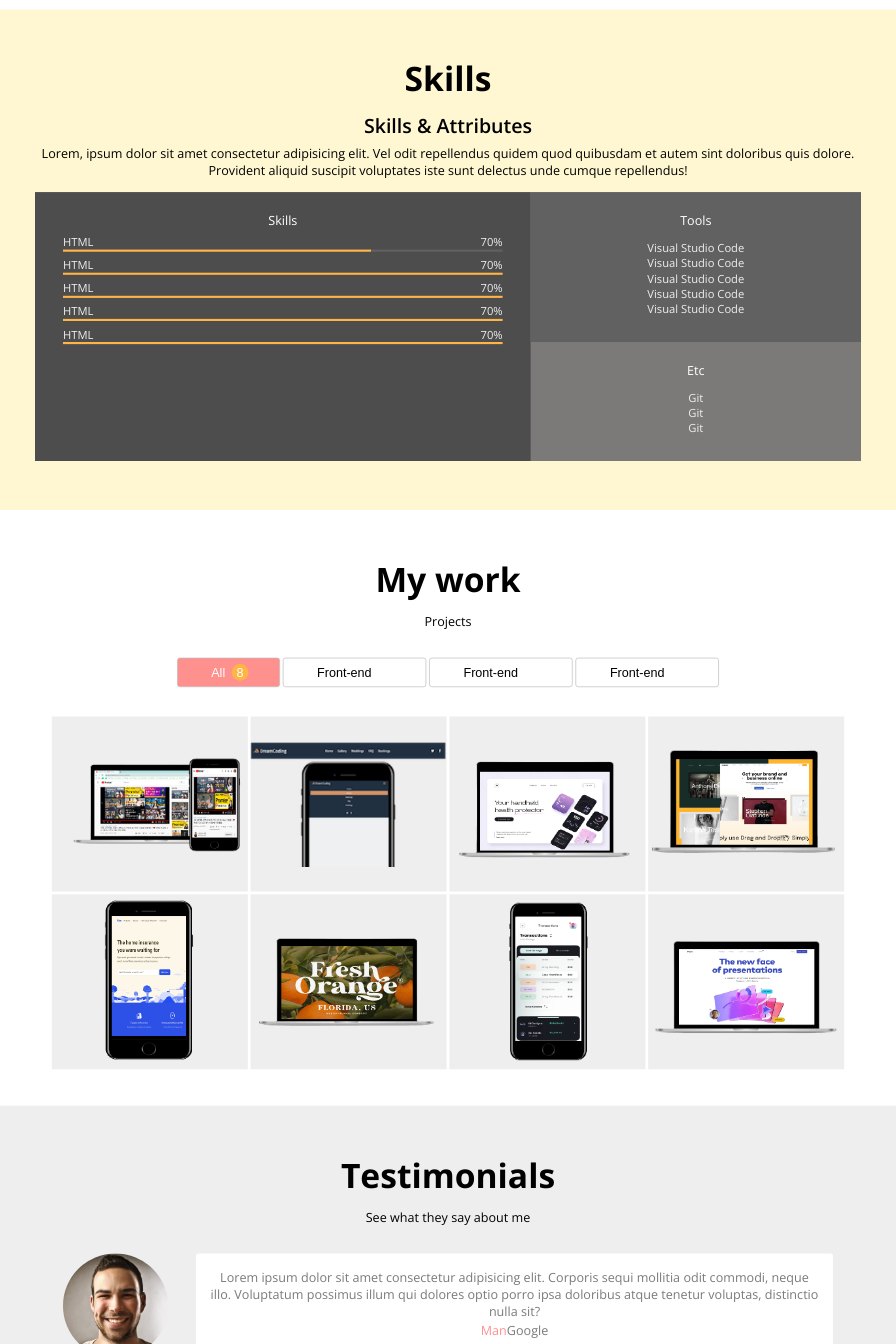
Repository: beomsu9696/Dream_Coding_Academy4
Page: index.html
An editor plug-in stored every save of this project. The page is shown before and after the next save, followed by the edit.
The browser window is 1280 px wide. The pictures show the part of the page from y = 1461 to 3381 px (the page is 4082 px tall), at 70% of full size.
Some web libraries are served in a nearby version.

Above is the page before, as saved 2021-01-26 19:48:58.

### index.html
<!DOCTYPE html>
<html lang="en">
  <head>
    <meta charset="UTF-8" />
    <meta name="viewport" content="width=device-width, initial-scale=1.0" />
    <title>Portfolio</title>
    <meta name="description" content="Portfolio" />
    <meta name="author" content="Beomsu" />
    <link rel="icon" type="image/png" href="images/favicon.png" />
    <script
      src="https://kit.fontawesome.com/c90a48a564.js"
      crossorigin="anonymous"
    ></script>
    <link rel="preconnect" href="https://fonts.gstatic.com" />
    <link
      href="https://fonts.googleapis.com/css2?family=Open+Sans:wght@400;600;700&display=swap"
      rel="stylesheet"
    />
    <link rel="stylesheet" href="style.css" />
    <script src="main.js" defer></script>
  </head>
  <body>
    <!-- Navbar -->
    <nav id="navbar">
      <div class="navbar__logo">
        <i class="fab fa-diaspora"></i>
        <a href="#">Beomsu</a>
      </div>
      <ul class="navbar__menu">
        <li class="navbar__menu__item" data-link="#home">Home</li>
        <li class="navbar__menu__item" data-link="#about">About</li>
        <li class="navbar__menu__item" data-link="#skills">Skills</li>
        <li class="navbar__menu__item" data-link="#work">My Work</li>
        <li class="navbar__menu__item" data-link="#testimonials">
          Testimonials
        </li>
        <li class="navbar__menu__item" data-link="#contact">Contact</li>
      </ul>
      <!-- Togglle button -->
      <button class="navbar__toggle-btn">
        <i class="fas fa-bars"></i>
      </button>
    </nav>
    <!-- Home -->
    <section id="home">
      <div class="home__container">
        <img
          src="images/profile.JPG"
          alt="Beomsu's profile photo"
          class="home__avatar"
        />
        <h1 class="home__title">Hello, <br />I'm Dream Coder</h1>
        <h2 class="home__description">Working from home</h2>
        <button class="home__contact">Contact Me</button>
      </div>
    </section>
    <!-- About -->
    <section id="about" class="section section__container">
      <h1>About me</h1>
      <p>
        Lorem ipsum dolor sit, amet consectetur adipisicing elit. Nesciunt,
        minus officiis? Accusamus eligendi animi fuga quam ex sed eos similique
        quidem sit eum veniam facere aliquid natus, inventore nesciunt quod.
      </p>
      <div class="about__majors">
        <div class="major">
          <div class="major__icon">
            <i class="fab fa-html5"></i>
          </div>
          <h2 class="major__title">Front-end</h2>
          <div class="major__description">
            HTML, CSS, JavaScript, React, TypeScript
          </div>
        </div>
        <div class="major">
          <div class="major__icon">
            <i class="fab fa-html5"></i>
          </div>
          <h2 class="major__title">Front-end</h2>
          <div class="major__description">
            HTML, CSS, JavaScript, React, TypeScript
          </div>
        </div>
        <div class="major">
          <div class="major__icon">
            <i class="fab fa-html5"></i>
          </div>
          <h2 class="major__title">Front-end</h2>
          <div class="major__description">
            HTML, CSS, JavaScript, React, TypeScript
          </div>
        </div>
      </div>
      <div class="about__jobs">
        <div class="job">
          <img
            src="images/jobs/logo-nongshim.png"
            alt="nongshim"
            class="job__logo"
          />
          <div class="job__description">
            <p class="job__name">Nongshim</p>
            <p class="job__period">2013 10 - 2018 3</p>
          </div>
        </div>
        <div class="job">
          <img src="" alt="" class="job__logo" />
          <div class="job__description">
            <p class="job__name"></p>
            <p class="job__period"></p>
          </div>
        </div>
      </div>
    </section>
    <!-- Skills -->
    <section id="skills" class="section">
      <div class="section__container">
        <h1>Skills</h1>
        <h2>Skills & Attributes</h2>
        <p>
          Lorem, ipsum dolor sit amet consectetur adipisicing elit. Vel odit
          repellendus quidem quod quibusdam et autem sint doloribus quis dolore.
          Provident aliquid suscipit voluptates iste sunt delectus unde cumque
          repellendus!
        </p>
        <div class="skillset">
          <div class="skillset__left">
            <h3 class="skillset__title">Skills</h3>
            <div class="skill">
              <div class="skill__description">
                <span>HTML</span>
                <span>70%</span>
              </div>
              <!-- <progress value="70" max="100"></progress> -->
              <div class="skill__bar">
                <div class="skill__value" style="width: 70%"></div>
              </div>
            </div>
            <div class="skill">
              <div class="skill__description">
                <span>HTML</span>
                <span>70%</span>
              </div>
              <div class="skill__bar">
                <div class="skill__value"></div>
              </div>
            </div>
            <div class="skill">
              <div class="skill__description">
                <span>HTML</span>
                <span>70%</span>
              </div>
              <div class="skill__bar">
                <div class="skill__value"></div>
              </div>
            </div>
            <div class="skill">
              <div class="skill__description">
                <span>HTML</span>
                <span>70%</span>
              </div>
              <div class="skill__bar">
                <div class="skill__value"></div>
              </div>
            </div>
            <div class="skill">
              <div class="skill__description">
                <span>HTML</span>
                <span>70%</span>
              </div>
              <div class="skill__bar">
                <div class="skill__value"></div>
              </div>
            </div>
          </div>
          <div class="skillset__right">
            <div class="tools">
              <h3 class="skillset__title">Tools</h3>
              <ul class="tools__list">
                <li><span>Visual Studio Code</span></li>
                <li><span>Visual Studio Code</span></li>
                <li><span>Visual Studio Code</span></li>
                <li><span>Visual Studio Code</span></li>
                <li><span>Visual Studio Code</span></li>
              </ul>
            </div>
            <div class="etc">
              <h3 class="skillset__title">Etc</h3>
              <ul class="etc__list">
                <li><span>Git</span></li>
                <li><span>Git</span></li>
                <li><span>Git</span></li>
              </ul>
            </div>
          </div>
        </div>
      </div>
    </section>
    <!-- Work -->
    <section id="work" class="section">
      <div class="section__container">
        <h1>My work</h1>
        <h3>Projects</h3>
        <div class="work__categories">
          <button class="category__btn active" data-filter="*">
            All <span class="category__count">8</span>
          </button>
          <button class="category__btn" data-filter="front-end1">
            Front-end <span class="category__count">1</span>
          </button>
          <button class="category__btn" data-filter="front-end2">
            Front-end <span class="category__count">1</span>
          </button>
          <button class="category__btn" data-filter="front-end3">
            Front-end <span class="category__count">1</span>
          </button>
        </div>
        <div class="work__projects">
          <a href="#" class="project" target="_blank" data-type="front-end1">
            <img
              class="project__img"
              src="images/projects/project1.png"
              alt="Project1"
            />
            <div class="project__description">
              <h3>Project</h3>
              <span>Clone coding with HTML and CSS</span>
            </div>
          </a>
          <a href="#" class="project" target="_blank" data-type="front-end2">
            <img
              class="project__img"
              src="images/projects/project2.png"
              alt="Project2"
            />
            <div class="project__description">
              <h3>Project</h3>
              <span>Clone coding with HTML and CSS</span>
            </div>
          </a>
          <a href="#" class="project" target="_blank" data-type="front-end3">
            <img
              class="project__img"
              src="images/projects/project3.png"
              alt="Project3"
            />
            <div class="project__description">
              <h3>Project</h3>
              <span>Clone coding with HTML and CSS</span>
            </div>
          </a>
          <a href="#" class="project" target="_blank">
            <img
              class="project__img"
              src="images/projects/project4.png"
              alt="Project4"
            />
            <div class="project__description">
              <h3>Project</h3>
              <span>Clone coding with HTML and CSS</span>
            </div>
          </a>
          <a href="#" class="project" target="_blank">
            <img
              class="project__img"
              src="images/projects/project5.png"
              alt="Project5"
            />
            <div class="project__description">
              <h3>Project</h3>
              <span>Clone coding with HTML and CSS</span>
            </div>
          </a>
          <a href="#" class="project" target="_blank">
            <img
              class="project__img"
              src="images/projects/project6.png"
              alt="Project6"
            />
            <div class="project__description">
              <h3>Project</h3>
              <span>Clone coding with HTML and CSS</span>
            </div>
          </a>
          <a href="#" class="project" target="_blank">
            <img
              class="project__img"
              src="images/projects/project7.png"
              alt="Project7"
            />
            <div class="project__description">
              <h3>Project</h3>
              <span>Clone coding with HTML and CSS</span>
            </div>
          </a>
          <a href="#" class="project" target="_blank">
            <img
              class="project__img"
              src="images/projects/project8.png"
              alt="Project8"
            />
            <div class="project__description">
              <h3>Project</h3>
              <span>Clone coding with HTML and CSS</span>
            </div>
          </a>
        </div>
      </div>
    </section>
    <!-- Testimonials -->
    <section id="testimonials" class="section">
      <div class="section__container">
        <h1>Testimonials</h1>
        <h3>See what they say about me</h3>
        <div class="testimonials">
          <div class="testimonial">
            <img
              src="images/people1.jpg"
              alt="People"
              class="testimonial__avatar"
            />
            <div class="testimonial__speech-bubble">
              <p>
                Lorem ipsum dolor sit amet consectetur adipisicing elit.
                Corporis sequi mollitia odit commodi, neque illo. Voluptatum
                possimus illum qui dolores optio porro ipsa doloribus atque
                tenetur voluptas, distinctio nulla sit?
              </p>
              <p class="name"><a href="#">Man</a>Google</p>
            </div>
          </div>
          <div class="testimonial">
            <div class="testimonial__speech-bubble">
              <p>
                Lorem ipsum dolor sit amet consectetur adipisicing elit.
                Corporis sequi mollitia odit commodi, neque illo. Voluptatum
                possimus illum qui dolores optio porro ipsa doloribus atque
                tenetur voluptas, distinctio nulla sit?
              </p>
              <p class="name"><a href="#">Man</a>Google</p>
            </div>
            <img
              src="images/people1.jpg"
              alt="People"
              class="testimonial__avatar"
            />
          </div>
        </div>
      </div>
    </section>
    <!-- Contact -->
    <section id="contact" class="section">
      <h1 class="contact__title">Let's talk</h1>
      <h2 class="contact__email">dream.coder.ellie@gmail.com</h2>
      <div class="contact__links">
        <a href="#" target="_blank">
          <i class="fab fa-github"></i>
        </a>
        <a href="#" target="_blank">
          <i class="fab fa-linkedin"></i>
        </a>
      </div>
      <p class="contact__rights">
        2021 Dream Coding Ellie - All rights reserved
      </p>
    </section>
    <!-- Arrow up -->
    <button class="arrow-up">
      <i class="fa fa-arrow-up"></i>
    </button>
  </body>
</html>

### style.css
/* Universal tags */
* {
  box-sizing: border-box;
}

body {
  margin: 0;
  font-family: "Open Sans", sans-serif;
  cursor: default;
}

a {
  text-decoration: none;
  color: var(--color-white);
}

ul {
  list-style: none;
  padding-left: 0;
}

button {
  outline: none;
  background-color: transparent;
  cursor: pointer;
  border: none;
}

/* Global */
:root {
  /* Color */
  --color-white: #ffffff;
  --color-light-white: #eeeeee;
  --color-dark-white: #bdbdbd;
  --color-pink: #fe918d;
  --color-dark-pink: #ff6863;
  --color-dark-grey: #4d4d4d;
  --color-grey: #616161;
  --color-light-grey: #7c7979;
  --color-blue: #73aace;
  --color-yellow: #fff7d1;
  --color-orange: #feb546;
  --color-black: #000000;

  /* Font size */
  --font-large: 48px;
  --font-medium: 28px;
  --font-regular: 18px;
  --font-small: 16px;
  --font-micro: 14px;

  /* Font weight */
  --weight-bold: 700;
  --weight-semi-bold: 600;
  --weight-regular: 400;

  /* Size */
  --size-border-radius: 4px;

  /* Animation */
  --animation-duration: 300ms;
}

/* Typography */

h1 {
  font-size: var(--font-large);
  font-weight: var(--weight-bold);
  color: var(--color-black);
  margin: 16px 0px;
}

h2 {
  font-size: var(--font-medium);
  font-weight: var(--weight-semi-bold);
  color: var(--color-black);
  margin: 8px 0;
}

h3 {
  font-size: var(--font-regular);
  font-weight: var(--weight-regular);
  color: var(--color-black);
  margin: 8px 0;
}

p {
  font-size: var(--font-regular);
  font-weight: var(--weight-regular);
  color: var(--color-black);
  margin: 4px 0;
}

/* Navbar */
#navbar {
  position: fixed;
  width: 100%;
  display: flex;
  justify-content: space-between;
  align-items: center;
  color: var(--color-white);
  padding: 16px;
  background-color: transparent;
  transition: all var(--animation-duration) ease-in-out;
  z-index: 1;
}

#navbar.navbar--dark {
  background-color: var(--color-pink);
  padding: 8px;
}

.navbar__menu {
  display: flex;
}

.navbar__logo {
  font-size: var(--font-medium);
  font-weight: var(--weight-semi-bold);
}

.navbar__menu__item {
  padding: 8px 12px;
  margin: 0 4px;
  cursor: pointer;
  border-radius: var(--size-border-radius);
  border: 1px solid transparent;
}

.navbar__menu__item:hover {
  border: 1px solid var(--color-white);
  background-color: var(--color-dark-pink);
}

.navbar__toggle-btn {
  position: absolute;
  top: 24px;
  right: 32px;
  font-size: 24px;
  color: var(--color-white);
  display: none;
}

/* Home */
#home {
  background: center/cover no-repeat url(images/homebackground.png);
  padding: 40px;
  padding-top: 120px;
  text-align: center;
}

.home__avatar {
  width: 250px;
  height: 250px;
  border-radius: 50%;
  border: 2px solid var(--color-light-white);
}

.home__title,
.home__description {
  color: var(--color-white);
}

.home__contact {
  color: var(--color-white);
  font-size: var(--font-regular);
  font-weight: var(--weight-bold);
  margin: 24px;
  padding: 8px 12px;
  border: 2px solid var(--color-white);
  border-radius: var(--size-border-radius);
}

/* Section common */
.section {
  text-align: center;
  padding: 50px;
  margin: auto;
}

.section__container {
  max-width: 1200px;
  margin: auto;
}
/* About */
.about__majors {
  display: flex;
  justify-content: space-between;
  margin: 80px 0;
}

.major__icon {
  width: 170px;
  height: 170px;
  line-height: 170px;
  font-size: 70px;
  margin: auto;
  color: var(--color-blue);
  border: 1px solid var(--color-blue);
  border-radius: 50%;
  margin-bottom: 16px;
}

.major__icon i {
  transition: all var(--animation-duration) ease;
}

.major__icon:hover i {
  color: var(--color-pink);
  transform: rotate(-30deg) scale(1.1);
}

.major__title,
.major__description {
  color: var(--color-dark-grey);
}

.major__description {
  font-size: var(--font-small);
}

.job {
  display: flex;
  align-items: center;
}

.job__description {
  margin: 0 16px;
  text-align: left;
}

.job__name,
.job__period {
  color: var(--color-light-grey);
}

.job__name {
  font-size: var(--font-small);
}

.job__period {
  font-size: var(--font-micro);
}

/* Skill */
#skills {
  background-color: var(--color-yellow);
}

.skillset {
  display: flex;
  background-color: var(--color-light-grey);
  color: var(--color-light-white);
  margin: 20px 0;
}

.skillset__title {
  color: var(--color-white);
}

.skillset__left {
  flex-basis: 60%;
  background-color: var(--color-dark-grey);
  padding: 20px 40px;
}

.skill {
  margin-bottom: 8px;
}

.skill__description {
  display: flex;
  justify-content: space-between;
}

.skill__bar {
  width: 100%;
  height: 3px;
  background-color: var(--color-grey);
}

.skill__value {
  width: 100%;
  height: 3px;
  background-color: var(--color-orange);
}

.skillset__right {
  flex-basis: 40%;
}

.tools {
  background-color: var(--color-grey);
}

.tools,
.etc {
  padding: 20px;
}

/* Work */
.work__categories {
  margin: 40px;
}

.category__btn {
  border: 1px solid var(--color-dark-white);
  border-radius: var(--size-border-radius);
  font-size: var(--font-regular);
  padding: 8px 48px;
}

.category__btn.active,
.category__btn:hover {
  background-color: var(--color-pink);
  color: var(--color-white);
}

.category__btn.active .category__count,
.category__btn:hover .category__count {
  opacity: 1;
  top: 0;
}

.category__count {
  background-color: var(--color-orange);
  border-radius: 50%;
  color: var(--color-white);
  width: 24px;
  height: 24px;
  line-height: 24px;
  display: inline-block;
  position: relative;
  top: -20px;
  left: 4px;
  opacity: 0;
  transition: all var(--animation-duration) ease-in;
}

.work__projects {
  display: flex;
  flex-wrap: wrap;
  justify-content: center;
  opacity: 1;
  transition: all var(--animation-duration) ease-out;
}

.work__projects.anim-out {
  opacity: 0.6;
  transform: scale(0.96) translateY(40px);
}

.project {
  position: relative;
  display: flex;
  justify-content: center;
  align-items: center;
  width: 280px;
  height: 250px;
  margin: 2px;
  background-color: var(--color-light-white);
}

.project.invisible {
  display: none;
}

.project__img {
  max-width: 100%;
  max-height: 100%;
}

.project__description {
  position: absolute;
  background-color: black;
  display: flex;
  flex-direction: column;
  justify-content: center;
  width: 100%;
  height: 100%;
  top: 0;
  left: 0;
  opacity: 0;
  transform: translateY(10px);
  transition: all var(--animation-duration) ease-in;
}

.project:hover .project__description {
  transform: translateY(0px);
  opacity: 0.8;
}

.project__description h3 {
  color: var(--color-white);
}

.project__description h3:after {
  content: "";
  display: block;
  position: relative;
  left: 50%;
  width: 25px;
  height: 2px;
  margin-left: -12px;
  margin-top: 8px;
  background-color: var(--color-dark-white);
}

/* Testimonial */
#testimonials {
  background-color: var(--color-light-white);
}

.testimonials {
  margin: 40px;
}

.testimonial {
  display: flex;
  margin: 32px 0;
}

.testimonial__avatar {
  width: 150px;
  height: 150px;
  border-radius: 50%;
}

.testimonial__avatar:nth-child(odd) {
  margin-right: 40px;
}
.testimonial__avatar:nth-child(even) {
  margin-left: 40px;
}

.testimonial__speech-bubble {
  padding: 18px;
  background-color: var(--color-white);
  border-radius: var(--size-border-radius);
}

.testimonial__speech-bubble p {
  color: var(--color-light-grey);
}

.testimonial__speech-bubble a {
  color: var(--color-pink);
}

/* Contact */
#contact {
  background-color: var(--color-pink);
}

.contact__title,
.contact__email,
.contact__rights {
  color: var(--color-white);
}

.contact__title {
  margin: 32px 0;
}

.contact__links {
  font-size: var(--font-large);
  margin: 24px 0;
}

.contact__links i {
  transition: all var(--animation-duration) ease-in;
}

.contact__links i:hover {
  transform: scale(1.1);
  color: var(--color-yellow);
}

/* Scroll */
.arrow-up {
  position: fixed;
  bottom: 50px;
  right: 50px;
  font-size: 50px;
  width: 70px;
  height: 70px;
  background-color: var(--color-pink);
  color: var(--color-white);
  border-radius: 50%;
  opacity: 0;
  transition: all 300ms ease-in;
  pointer-events: none;
}

.arrow-up.visible {
  opacity: 1;
  pointer-events: auto;
}

/* For below 768px screen width */
@media screen and (max-width: 768px) {
  .navbar__toggle-btn {
    display: block;
  }

  #navbar {
    flex-direction: column;
    align-items: flex-start;
  }

  .navbar__menu {
    flex-direction: column;
    text-align: center;
    width: 100%;
    display: none;
  }

  .about__majors {
    flex-direction: column;
  }

  .major {
    margin-bottom: 38px;
  }

  .skillset {
    flex-direction: column;
  }

  .project {
    flex-grow: 1;
  }
  .testmonial__avatar {
    width: 80px;
    height: 80px;
  }
}
/* For below 970px screen width */
@media screen and (max-width: 970px) {
  .work__categories {
    display: flex;
    flex-direction: column;
  }

  .category__btn:nth-child(even),
  .category__btn:nth-child(3) {
    margin-top: 4px;
  }
}

Loaded but not shown: main.js (81 lines, source omitted)

After the next save:
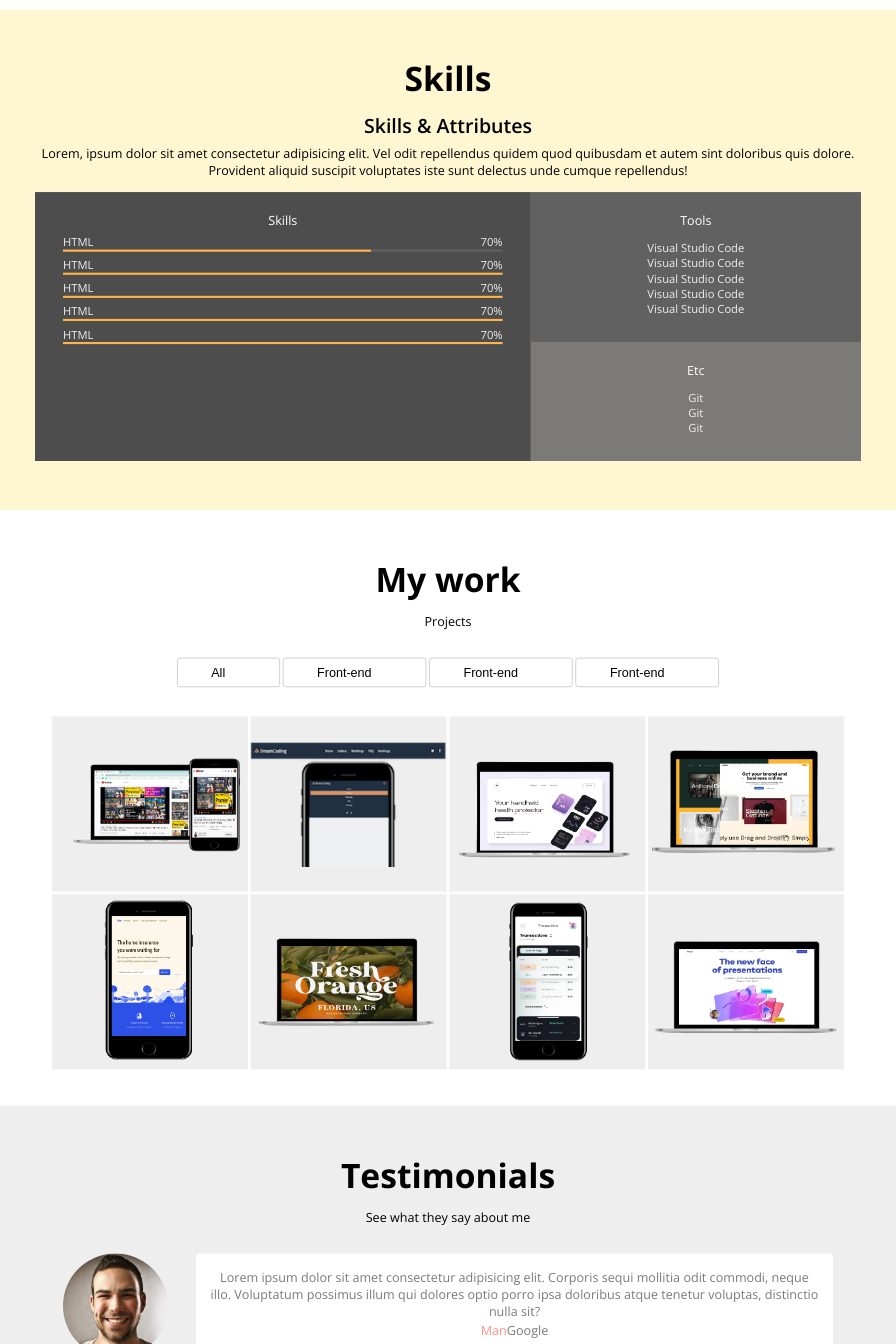
Saved 26 s later.
--- a/index.html
+++ b/index.html
@@ -202,7 +202,7 @@
         <h1>My work</h1>
         <h3>Projects</h3>
         <div class="work__categories">
-          <button class="category__btn active" data-filter="*">
+          <button class="category__btn selected" data-filter="*">
             All <span class="category__count">8</span>
           </button>
           <button class="category__btn" data-filter="front-end1">
